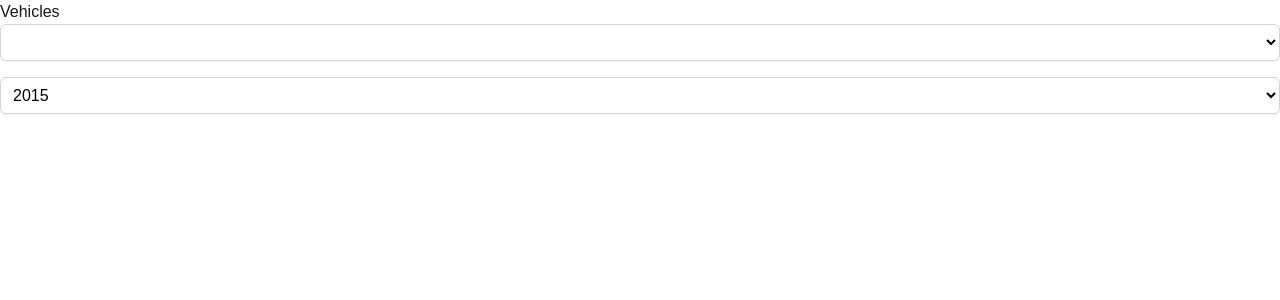
Repository: purpleFade/car-dealer-app
Page: /
These files come from the project's save history. The page is drawn as it stood at one moment and after the next save; the edit follows.
The browser window is 1280 px wide. The pictures show the whole page.
The page's requests for data from a server got no answer. The project was rebuilt for these pictures with package versions that can differ from the ones it lists, and the page was loaded fresh each time. The framework's server and built-in components were replaced by stand-ins that run in the browser. No one was signed in, and anything a server would have sent is missing. Also part of the build but not shown: next.config.ts.

Above is the page before, as saved 2024-12-21 10:44:39.

After the next save:
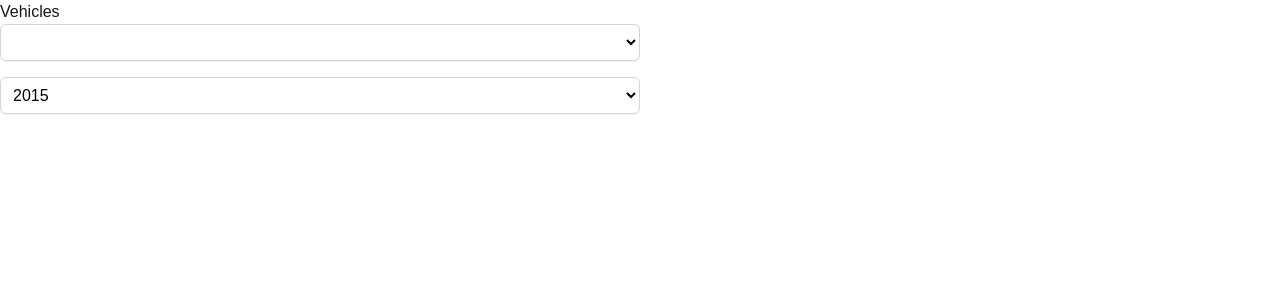
Saved 20 s later.
--- a/src/app/page.tsx
+++ b/src/app/page.tsx
@@ -24,7 +24,7 @@ export default function Home() {
   return (
     <div className=''>
       <h1 className=''>Vehicles</h1>
-      <select className="block text-black w-full p-2 mb-4 bg-white border border-gray-300 rounded-md shadow-sm focus:outline-none focus:ring focus:ring-purple-500 focus:border-purple-500">
+      <select className="block text-black w-1/2 p-2 mb-4 bg-white border border-gray-300 rounded-md shadow-sm focus:outline-none focus:ring focus:ring-purple-500 focus:border-purple-500">
         {vehicles.map((vehicle) => (
           <option key={vehicle.MakeId} value={vehicle.MakeId} className="text-purple-800">
             {vehicle.MakeName}
@@ -32,7 +32,7 @@ export default function Home() {
         ))}
       </select>
 
-      <select className="block text-black w-full p-2 mb-4 bg-white border border-gray-300 rounded-md shadow-sm focus:outline-none focus:ring focus:ring-purple-500 focus:border-purple-500">
+      <select className="block text-black w-1/2 p-2 mb-4 bg-white border border-gray-300 rounded-md shadow-sm focus:outline-none focus:ring focus:ring-purple-500 focus:border-purple-500">
         {years.map((year) => (
           <option key={year} value={year} className="text-purple-800">
             {year}
